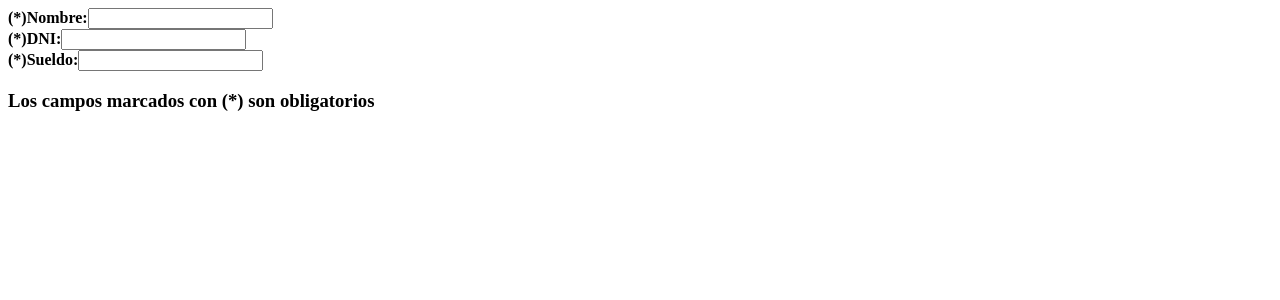
Repository: Myugen/EjercicioPHP
Page: http://localhost/ejercicio1.php
These files come from the project's save history. The page is drawn as it stood at one moment and after the next save; the edit follows.
The browser window is 1280 px wide. The pictures show the whole page.
The page is run by PHP 8.4 with error messages shown; the project is at /var/www/html/.

Above is the page before, as saved 2015-10-19 11:35:48.

After the next save:
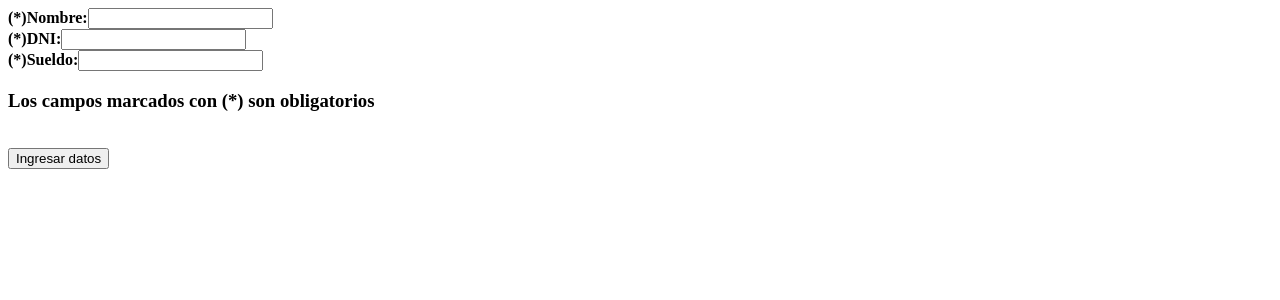
Saved 41 s later.
--- a/Actividades4-2/ejercicio1.php
+++ b/Actividades4-2/ejercicio1.php
@@ -10,7 +10,7 @@
 	<label for="textBoxNombre"><strong>(*)DNI:</strong></label><input type="text" name="dni" id="textBoxDNI" /><br>
 	<label for="textBoxNombre"><strong>(*)Sueldo:</strong></label><input type="text" name="sueldo" id="textSueldo" /><br>
 	<h3>Los campos marcados con (*) son obligatorios</h3><br>
-
+	<input type="submit" value="Ingresar datos" />
 	</form>
 </body>
 </html>
